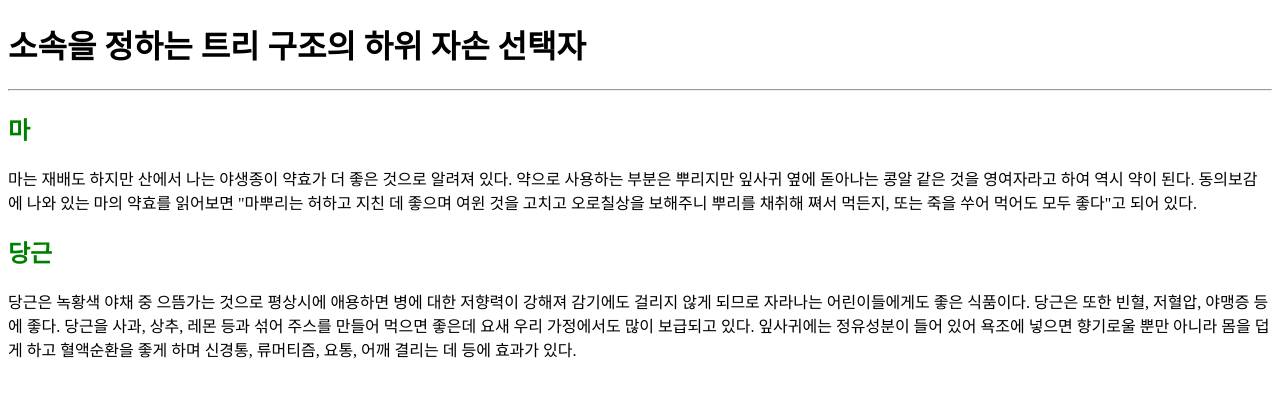
Repository: song-bean/Web_song
Page: 02_CSS/src/main/webapp/chapter02/unit09_01_descendant_before.html
These files come from the project's save history. The page is drawn as it stood at one moment and after the next save; the edit follows.
The browser window is 1280 px wide. The pictures show the whole page.

Above is the page before, as saved 2023-02-23 02:41:09.

After the next save:
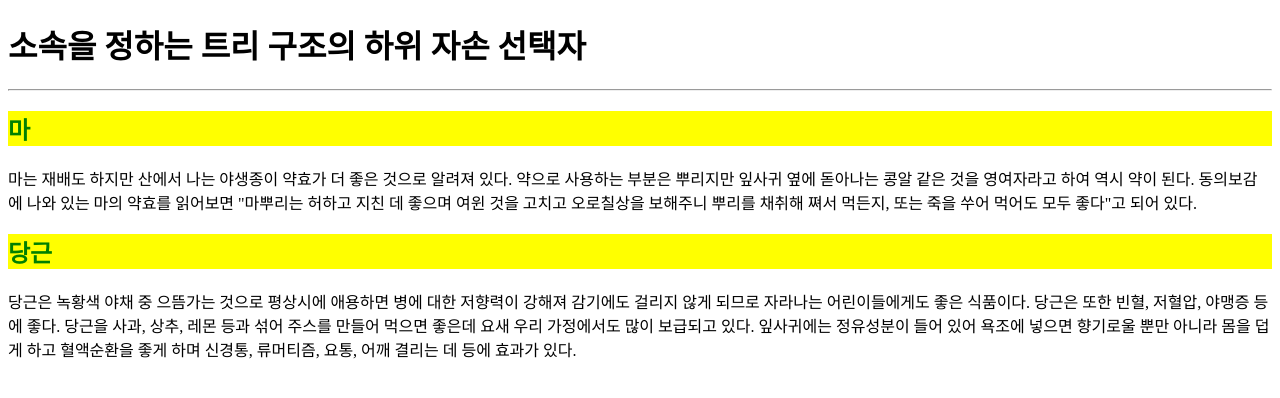
Saved 8 s later.
--- a/02_CSS/src/main/webapp/chapter02/unit09_01_descendant_before.html
+++ b/02_CSS/src/main/webapp/chapter02/unit09_01_descendant_before.html
@@ -10,7 +10,7 @@
 			}
 
 			body h2{ /* 자손 선택자 */
-				background-color: lemon;
+				background-color: yellow;
 			}
 		</style>
 	</head>
